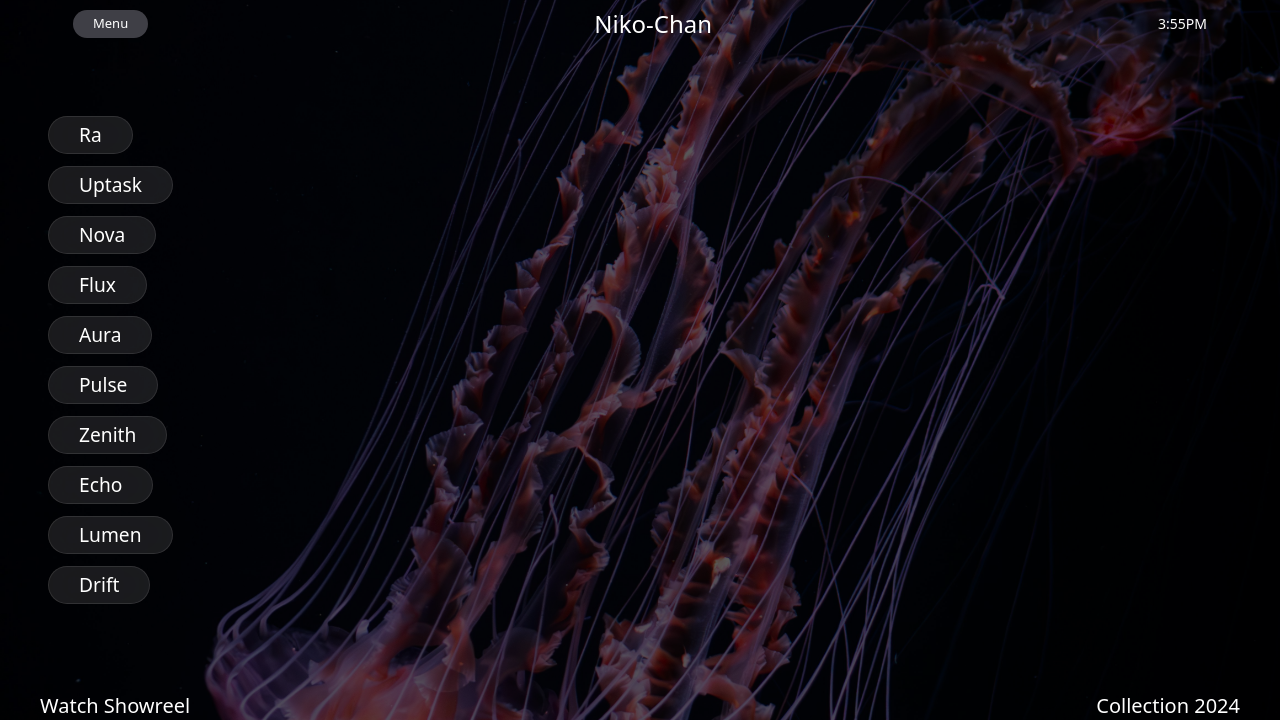
Repository: nikhilsinghrathore1/Niks_indian_local
Page: /
An editor plug-in stored every save of this project. The page is shown before and after the next save, followed by the edit.
The browser window is 1280 px wide. The pictures show the whole page.
The project was rebuilt for these pictures with package versions that can differ from the ones it lists, and the page was loaded fresh each time. Also part of the build but not shown: vite.config.ts.

Above is the page before, as saved 2024-08-27 11:28:24.

### src/App.tsx
import { useState } from 'react'
import reactLogo from './assets/react.svg'
import viteLogo from '/vite.svg'
import './App.css'
import Landing from './Components/Landing'

function App() {
  const [count, setCount] = useState(0)

  return (
    <>

      <Landing/>
    </>
  )
}

export default App

### src/Components/Landing.tsx
// Landing.tsx
import { useEffect, useRef } from 'react';
import gsap from 'gsap';
import img1 from '../assets/img1.jpg';
import img2 from '../assets/img2.jpg';
import img3 from '../assets/img3.jpg';
import img4 from '../assets/img4.jpg';
import img5 from '../assets/img5.jpg';
import img6 from '../assets/img6.jpg';
import img7 from '../assets/img7.jpg';
import img8 from '../assets/img8.jpg';
import img9 from '../assets/img9.jpg';
import img10 from '../assets/img10.jpg';
import defaultBg from '../assets/default-bg.jpg';

interface TransformProps {
  x?: number;
  y?: number;
  opacity?: number;
}

type VariantTransform = {
  [key: string]: {
    [elementClass: string]: TransformProps;
  };
};

const mapClasses = [
  'variant-1',
  'variant-2',
  'variant-3',
  'variant-1',
  'variant-2',
  'variant-3',
  'variant-1',
  'variant-2',
  'variant-3',
  'variant-1',
];

const previews = [
  {
    img: img1,
    title: 'Ra',
    tags: 'Futuristic Fashion, Minimal Design',
    description:
      'Exploring the intersection of minimalism and future fashion trends in web design.',
    bg: img1,
  },
  {
    img: img2,
    title: 'Uptask',
    tags: 'Fashion Innovation, Graphic Simplicity',
    description:
      'Innovative fashion web design with a core focus on simplicity and elegance.',
    bg: img2,
  },
  {
    img: img3,
    title: 'Nova',
    tags: 'Space Inspired, Modern Aesthetics',
    description:
      'A modern take on space-inspired designs blending technology and art.',
    bg: img3,
  },
  {
    img: img4,
    title: 'Flux',
    tags: 'Dynamic Layouts, Vibrant Colors',
    description:
      'Dynamic and colorful layouts that capture attention and engage users.',
    bg: img4,
  },
  {
    img: img5,
    title: 'Aura',
    tags: 'Serene Designs, Pastel Themes',
    description:
      'Creating calm and soothing user experiences through pastel-themed designs.',
    bg: img5,
  },
  {
    img: img6,
    title: 'Pulse',
    tags: 'Energetic Vibes, Bold Typography',
    description:
      'Harnessing energy and movement with bold typography and striking visuals.',
    bg: img6,
  },
  {
    img: img7,
    title: 'Zenith',
    tags: 'Peak Performance, Sleek Interfaces',
    description:
      'Designs focused on peak performance and sleek, intuitive interfaces.',
    bg: img7,
  },
  {
    img: img8,
    title: 'Echo',
    tags: 'Repetitive Patterns, Minimalist Touch',
    description:
      'Utilizing repetitive patterns to create harmony and balance in design.',
    bg: img8,
  },
  {
    img: img9,
    title: 'Lumen',
    tags: 'Light Themes, Clarity Focused',
    description:
      'Emphasizing clarity and readability through light-themed designs.',
    bg: img9,
  },
  {
    img: img10,
    title: 'Drift',
    tags: 'Fluid Movements, Abstract Forms',
    description:
      'Incorporating fluid movements and abstract forms for a unique user experience.',
    bg: img10,
  },
];

const Landing: React.FC = () => {
  const containerRef = useRef<HTMLDivElement>(null);
  const previewBgRef = useRef<HTMLDivElement>(null);
  const itemsRef = useRef<Array<HTMLDivElement | null>>([]);

  useEffect(() => {
    const defaultClipPath: { [key: string]: string } = {
      'variant-1': 'polygon(0% 100%, 100% 100%, 100% 100%, 0% 100%)',
      'variant-2': 'polygon(100% 0%, 100% 0%, 100% 100%, 100% 100%)',
      'variant-3': 'polygon(0% 0%, 0% 0%, 0% 100%, 0% 100%)',
    };

    const variantTransform: VariantTransform = {
      'variant-1': {
        title: { x: 75, opacity: 0 },
        tags: { y: -75, opacity: 0 },
        description: { x: -75, opacity: 0 },
      },
      'variant-2': {
        title: { x: -75, opacity: 0 },
        tags: { y: -75, opacity: 0 },
        description: { y: 75, opacity: 0 },
      },
      'variant-3': {
        title: { x: 75, opacity: 0 },
        tags: { y: 75, opacity: 0 },
        description: { x: 75, opacity: 0 },
      },
    };

    const getDefaultClipPath = (previewElement: HTMLDivElement): string => {
      for (const variant in defaultClipPath) {
        if (previewElement.classList.contains(variant)) {
          return defaultClipPath[variant];
        }
      }
      return 'polygon(100% 0%, 0% 0%, 0% 100%, 100% 100%)';
    };

    const applyVariantStyle = (
      previewElement: HTMLDivElement,
      reset: boolean = false
    ) => {
      const variant = mapClasses[Array.from(previewElement.classList).findIndex(cls => cls.startsWith('variant-'))];
      if (variant && variantTransform[variant]) {
        Object.entries(variantTransform[variant]).forEach(
          ([elementClass, transform]) => {
            const element = previewElement.querySelector(
              `.preview-${elementClass}`
            ) as HTMLElement;
            if (element) {
              gsap.set(element, reset ? transform : { x: 0, y: 0, opacity: 1 });
            }
          }
        );
      }
    };

    const changeBg = (newImgSrc: string) => {
      if (previewBgRef.current) {
        gsap.to(previewBgRef.current, {
          backgroundImage: `url(${newImgSrc})`,
          duration: 0.5,
          ease: 'power3.out',
        });
      }
    };

    // Create preview elements
    previews.forEach((preview, index) => {
      const previewElement = document.createElement('div');
      previewElement.className = `preview ${mapClasses[index]} preview-${index + 1}`;
      previewElement.style.opacity = '0';
      previewElement.style.position = 'absolute';
      previewElement.style.top = '50%';
      previewElement.style.left = '50%';
      previewElement.style.transform = 'translate(-50%, -50%)';
      previewElement.style.pointerEvents = 'none';
      previewElement.innerHTML = `
        <div class="preview-img">
          <img src="${preview.img}" alt="${preview.title}" />
        </div>
        <div class="preview-title">
          <h1>${preview.title}</h1>
        </div>
        <div class="preview-tags">
          <p>${preview.tags}</p>
        </div>
        <div class="preview-description">
          <p>${preview.description}</p>
        </div>
      `;
      if (containerRef.current) {
        containerRef.current.appendChild(previewElement);
        applyVariantStyle(previewElement, true);
      }
    });

    let activePreview: HTMLDivElement | null = null;

    itemsRef.current.forEach((item, index) => {
      if (item) {
        item.addEventListener('mouseenter', () => {
          const newBg = previews[index].bg;
          changeBg(newBg);

          const newActivePreview = containerRef.current?.querySelector(
            `.preview-${index + 1}`
          ) as HTMLDivElement;

          if (activePreview && activePreview !== newActivePreview) {
            gsap.to(activePreview, {
              opacity: 0,
              duration: 0.5,
              ease: 'power3.out',
              onComplete: () => applyVariantStyle(activePreview!, true),
            });
          }

          gsap.to(newActivePreview, {
            opacity: 1,
            duration: 0.5,
            ease: 'power3.out',
            onStart: () => applyVariantStyle(newActivePreview, false),
          });

          activePreview = newActivePreview;
        });

        item.addEventListener('mouseleave', () => {
          if (activePreview) {
            gsap.to(activePreview, {
              opacity: 0,
              duration: 0.5,
              ease: 'power3.out',
              onComplete: () => applyVariantStyle(activePreview!, true),
            });
            activePreview = null;
            changeBg(defaultBg);
          }
        });
      }
    });

    // Set initial background
    changeBg(defaultBg);
  }, []);

  return (
    <div className='w-full h-screen overflow-hidden fixed text-white bg-black'>
      {/* Nav Bar */}
      <nav className='w-full fixed flex pt-2 items-center justify-around gap-[300px]  z-50'>
        <div className='menu-btn w-fit bg-zinc-700 rounded-full backdrop-blur-md px-5 py-1 cursor-pointer'>
          <h1 className='text-[13px]'>Menu</h1>
        </div>
        <div className='logo  text-2xl'>
          <h1>Niko-Chan</h1>
        </div>
        <div className='local-time text-sm'>
          <h1>3:55PM</h1>
        </div>
      </nav>

      {/* Footer */}
      <div className='footer fixed px-10 bottom-0 text-xl flex items-center justify-between w-full z-50'>
        <p>Watch Showreel</p>
        <p>Collection 2024</p>
      </div>

      {/* Items List */}
      <div
        className='items fixed w-1/3 h-full flex flex-col px-12 text-2xl leading-tight gap-1 capitalize justify-center z-30'
        >
        {previews.map((preview, index) => (
          <div
            key={index}
            className='item w-fit py-1  text-[0.8em] cursor-pointer'
            ref={(el) => (itemsRef.current[index] = el)}
          >
            <p >{preview.title}</p>
          </div>
        ))}
      </div>

      {/* Preview Background */}
      <div
        className='preview-bg fixed top-0 left-0 w-full h-full bg-cover bg-center z-10 transition-all duration-500 ease-out'
        ref={previewBgRef}
      ></div>

      {/* Preview Container */}
      <div
        className='preview-container fixed top-0 left-0 w-full h-full pointer-events-none z-20'
        ref={containerRef}
      ></div>
    </div>
  );
};

export default Landing;

Loaded but not shown: index.html (common file); src/main.tsx (common file); src/index.css (common file); tailwind.config.js (common file); src/App.css (135 lines, source omitted)

After the next save:
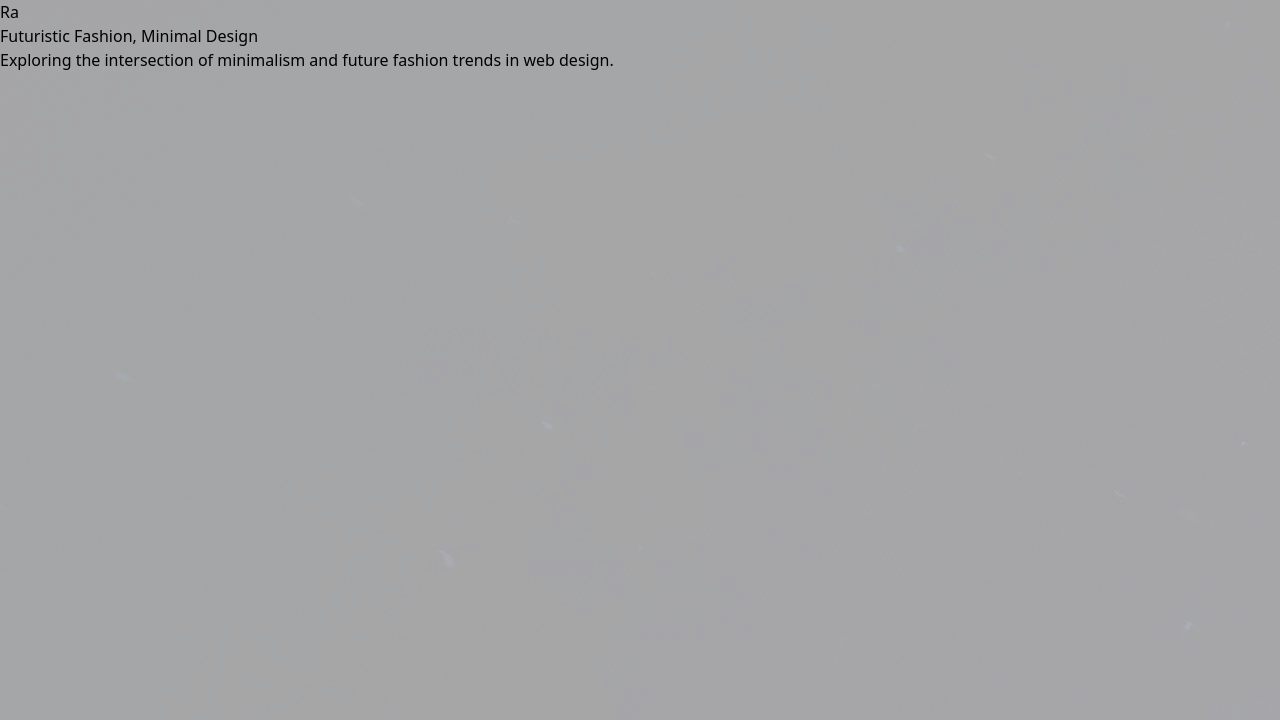
Saved 84 s later.
--- a/src/Components/Landing.tsx
+++ b/src/Components/Landing.tsx
@@ -1,4 +1,3 @@
-// Landing.tsx
 import { useEffect, useRef } from 'react';
 import gsap from 'gsap';
 import img1 from '../assets/img1.jpg';
@@ -125,6 +124,9 @@
   const containerRef = useRef<HTMLDivElement>(null);
   const previewBgRef = useRef<HTMLDivElement>(null);
   const itemsRef = useRef<Array<HTMLDivElement | null>>([]);
+  const titleRef = useRef<HTMLDivElement>(null);
+  const tagsRef = useRef<HTMLDivElement>(null);
+  const descriptionRef = useRef<HTMLDivElement>(null);
 
   useEffect(() => {
     const defaultClipPath: { [key: string]: string } = {
@@ -189,35 +191,22 @@
       }
     };
 
-    // Create preview elements
-    previews.forEach((preview, index) => {
-      const previewElement = document.createElement('div');
-      previewElement.className = `preview ${mapClasses[index]} preview-${index + 1}`;
-      previewElement.style.opacity = '0';
-      previewElement.style.position = 'absolute';
-      previewElement.style.top = '50%';
-      previewElement.style.left = '50%';
-      previewElement.style.transform = 'translate(-50%, -50%)';
-      previewElement.style.pointerEvents = 'none';
-      previewElement.innerHTML = `
-        <div class="preview-img">
-          <img src="${preview.img}" alt="${preview.title}" />
-        </div>
-        <div class="preview-title">
-          <h1>${preview.title}</h1>
-        </div>
-        <div class="preview-tags">
-          <p>${preview.tags}</p>
-        </div>
-        <div class="preview-description">
-          <p>${preview.description}</p>
-        </div>
-      `;
-      if (containerRef.current) {
-        containerRef.current.appendChild(previewElement);
-        applyVariantStyle(previewElement, true);
-      }
-    });
+    const changeTextContent = (title: string, tags: string, description: string) => {
+      if (titleRef.current && tagsRef.current && descriptionRef.current) {
+        gsap.to(titleRef.current, { opacity: 0, y: -20, duration: 0.2, onComplete: () => {
+          titleRef.current!.textContent = title;
+          gsap.to(titleRef.current!, { opacity: 1, y: 0, duration: 0.5 });
+        }});
+        gsap.to(tagsRef.current, { opacity: 0, y: -20, duration: 0.2, onComplete: () => {
+          tagsRef.current!.textContent = tags;
+          gsap.to(tagsRef.current!, { opacity: 1, y: 0, duration: 0.5 });
+        }});
+        gsap.to(descriptionRef.current, { opacity: 0, y: -20, duration: 0.2, onComplete: () => {
+          descriptionRef.current!.textContent = description;
+          gsap.to(descriptionRef.current!, { opacity: 1, y: 0, duration: 0.5 });
+        }});
+      }
+    };
 
     let activePreview: HTMLDivElement | null = null;
 
@@ -248,6 +237,9 @@
           });
 
           activePreview = newActivePreview;
+
+          // Change text content
+          changeTextContent(previews[index].title, previews[index].tags, previews[index].description);
         });
 
         item.addEventListener('mouseleave', () => {
@@ -258,64 +250,43 @@
               ease: 'power3.out',
               onComplete: () => applyVariantStyle(activePreview!, true),
             });
-            activePreview = null;
-            changeBg(defaultBg);
           }
+          activePreview = null;
+          changeBg(defaultBg);
         });
       }
     });
 
-    // Set initial background
+    // Set default image and content
     changeBg(defaultBg);
+    if (titleRef.current && tagsRef.current && descriptionRef.current) {
+      titleRef.current.textContent = 'Ra';
+      tagsRef.current.textContent = 'Futuristic Fashion, Minimal Design';
+      descriptionRef.current.textContent = 'Exploring the intersection of minimalism and future fashion trends in web design.';
+    }
   }, []);
 
   return (
-    <div className='w-full h-screen overflow-hidden fixed text-white bg-black'>
-      {/* Nav Bar */}
-      <nav className='w-full fixed flex pt-2 items-center justify-around gap-[300px]  z-50'>
-        <div className='menu-btn w-fit bg-zinc-700 rounded-full backdrop-blur-md px-5 py-1 cursor-pointer'>
-          <h1 className='text-[13px]'>Menu</h1>
+    <div className="container" ref={containerRef}>
+      <div className="preview-bg" ref={previewBgRef}></div>
+      <div className="preview-content">
+        <div className="preview-title" ref={titleRef}></div>
+        <div className="preview-tags" ref={tagsRef}></div>
+        <div className="preview-description" ref={descriptionRef}></div>
+      </div>
+      {mapClasses.map((mapClass, index) => (
+        <div
+          key={index}
+          className={`item ${mapClass}`}
+          ref={(el) => (itemsRef.current[index] = el)}
+        >
+          {/* Your item content here */}
         </div>
-        <div className='logo  text-2xl'>
-          <h1>Niko-Chan</h1>
-        </div>
-        <div className='local-time text-sm'>
-          <h1>3:55PM</h1>
-        </div>
-      </nav>
-
-      {/* Footer */}
-      <div className='footer fixed px-10 bottom-0 text-xl flex items-center justify-between w-full z-50'>
-        <p>Watch Showreel</p>
-        <p>Collection 2024</p>
-      </div>
-
-      {/* Items List */}
-      <div
-        className='items fixed w-1/3 h-full flex flex-col px-12 text-2xl leading-tight gap-1 capitalize justify-center z-30'
-        >
-        {previews.map((preview, index) => (
-          <div
-            key={index}
-            className='item w-fit py-1  text-[0.8em] cursor-pointer'
-            ref={(el) => (itemsRef.current[index] = el)}
-          >
-            <p >{preview.title}</p>
-          </div>
-        ))}
-      </div>
-
-      {/* Preview Background */}
-      <div
-        className='preview-bg fixed top-0 left-0 w-full h-full bg-cover bg-center z-10 transition-all duration-500 ease-out'
-        ref={previewBgRef}
-      ></div>
-
-      {/* Preview Container */}
-      <div
-        className='preview-container fixed top-0 left-0 w-full h-full pointer-events-none z-20'
-        ref={containerRef}
-      ></div>
+      ))}
+      {/* Previews to apply animation */}
+      {mapClasses.map((_, index) => (
+        <div key={index} className={`preview-${index + 1} preview`} />
+      ))}
     </div>
   );
 };

After the save that followed:
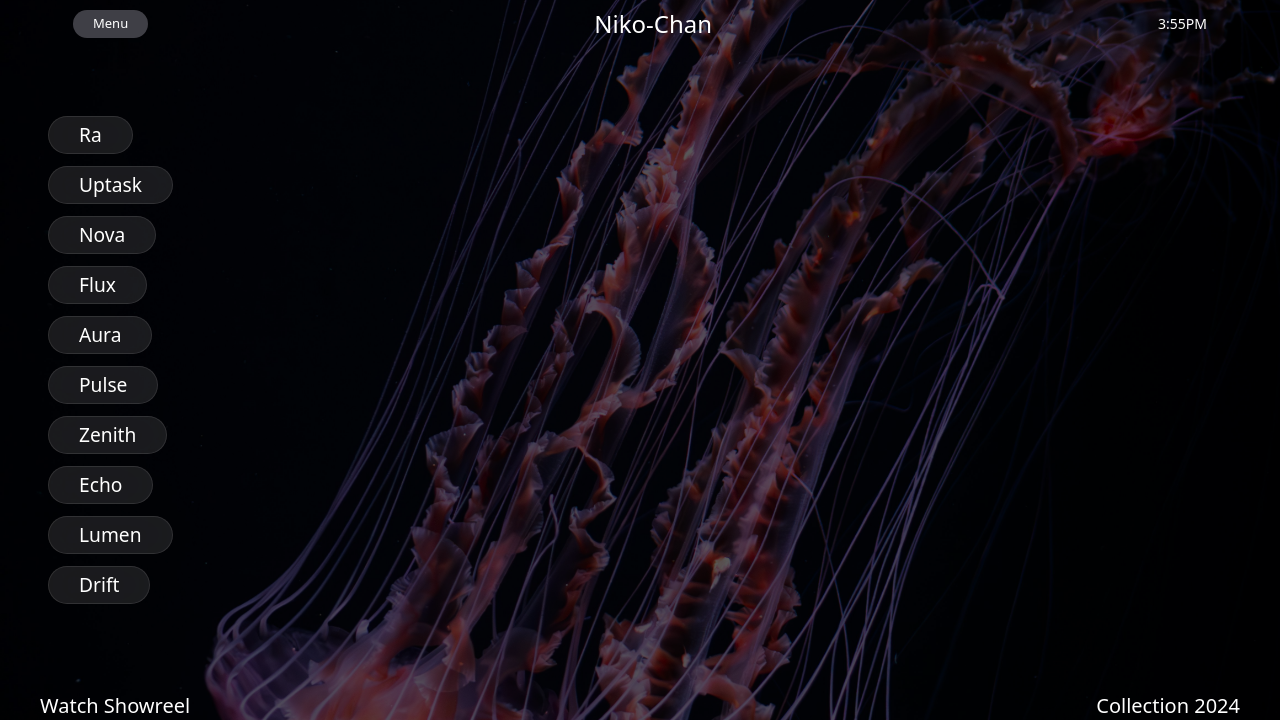
Saved 6 s later.
--- a/src/Components/Landing.tsx
+++ b/src/Components/Landing.tsx
@@ -1,3 +1,4 @@
+// Landing.tsx
 import { useEffect, useRef } from 'react';
 import gsap from 'gsap';
 import img1 from '../assets/img1.jpg';
@@ -124,9 +125,6 @@
   const containerRef = useRef<HTMLDivElement>(null);
   const previewBgRef = useRef<HTMLDivElement>(null);
   const itemsRef = useRef<Array<HTMLDivElement | null>>([]);
-  const titleRef = useRef<HTMLDivElement>(null);
-  const tagsRef = useRef<HTMLDivElement>(null);
-  const descriptionRef = useRef<HTMLDivElement>(null);
 
   useEffect(() => {
     const defaultClipPath: { [key: string]: string } = {
@@ -191,22 +189,35 @@
       }
     };
 
-    const changeTextContent = (title: string, tags: string, description: string) => {
-      if (titleRef.current && tagsRef.current && descriptionRef.current) {
-        gsap.to(titleRef.current, { opacity: 0, y: -20, duration: 0.2, onComplete: () => {
-          titleRef.current!.textContent = title;
-          gsap.to(titleRef.current!, { opacity: 1, y: 0, duration: 0.5 });
-        }});
-        gsap.to(tagsRef.current, { opacity: 0, y: -20, duration: 0.2, onComplete: () => {
-          tagsRef.current!.textContent = tags;
-          gsap.to(tagsRef.current!, { opacity: 1, y: 0, duration: 0.5 });
-        }});
-        gsap.to(descriptionRef.current, { opacity: 0, y: -20, duration: 0.2, onComplete: () => {
-          descriptionRef.current!.textContent = description;
-          gsap.to(descriptionRef.current!, { opacity: 1, y: 0, duration: 0.5 });
-        }});
-      }
-    };
+    // Create preview elements
+    previews.forEach((preview, index) => {
+      const previewElement = document.createElement('div');
+      previewElement.className = `preview ${mapClasses[index]} preview-${index + 1}`;
+      previewElement.style.opacity = '0';
+      previewElement.style.position = 'absolute';
+      previewElement.style.top = '50%';
+      previewElement.style.left = '50%';
+      previewElement.style.transform = 'translate(-50%, -50%)';
+      previewElement.style.pointerEvents = 'none';
+      previewElement.innerHTML = `
+        <div class="preview-img">
+          <img src="${preview.img}" alt="${preview.title}" />
+        </div>
+        <div class="preview-title">
+          <h1>${preview.title}</h1>
+        </div>
+        <div class="preview-tags">
+          <p>${preview.tags}</p>
+        </div>
+        <div class="preview-description">
+          <p>${preview.description}</p>
+        </div>
+      `;
+      if (containerRef.current) {
+        containerRef.current.appendChild(previewElement);
+        applyVariantStyle(previewElement, true);
+      }
+    });
 
     let activePreview: HTMLDivElement | null = null;
 
@@ -237,9 +248,6 @@
           });
 
           activePreview = newActivePreview;
-
-          // Change text content
-          changeTextContent(previews[index].title, previews[index].tags, previews[index].description);
         });
 
         item.addEventListener('mouseleave', () => {
@@ -250,43 +258,64 @@
               ease: 'power3.out',
               onComplete: () => applyVariantStyle(activePreview!, true),
             });
+            activePreview = null;
+            changeBg(defaultBg);
           }
-          activePreview = null;
-          changeBg(defaultBg);
         });
       }
     });
 
-    // Set default image and content
+    // Set initial background
     changeBg(defaultBg);
-    if (titleRef.current && tagsRef.current && descriptionRef.current) {
-      titleRef.current.textContent = 'Ra';
-      tagsRef.current.textContent = 'Futuristic Fashion, Minimal Design';
-      descriptionRef.current.textContent = 'Exploring the intersection of minimalism and future fashion trends in web design.';
-    }
   }, []);
 
   return (
-    <div className="container" ref={containerRef}>
-      <div className="preview-bg" ref={previewBgRef}></div>
-      <div className="preview-content">
-        <div className="preview-title" ref={titleRef}></div>
-        <div className="preview-tags" ref={tagsRef}></div>
-        <div className="preview-description" ref={descriptionRef}></div>
+    <div className='w-full h-screen overflow-hidden fixed text-white bg-black'>
+      {/* Nav Bar */}
+      <nav className='w-full fixed flex pt-2 items-center justify-around gap-[300px]  z-50'>
+        <div className='menu-btn w-fit bg-zinc-700 rounded-full backdrop-blur-md px-5 py-1 cursor-pointer'>
+          <h1 className='text-[13px]'>Menu</h1>
+        </div>
+        <div className='logo  text-2xl'>
+          <h1>Niko-Chan</h1>
+        </div>
+        <div className='local-time text-sm'>
+          <h1>3:55PM</h1>
+        </div>
+      </nav>
+
+      {/* Footer */}
+      <div className='footer fixed px-10 bottom-0 text-xl flex items-center justify-between w-full z-50'>
+        <p>Watch Showreel</p>
+        <p>Collection 2024</p>
       </div>
-      {mapClasses.map((mapClass, index) => (
-        <div
-          key={index}
-          className={`item ${mapClass}`}
-          ref={(el) => (itemsRef.current[index] = el)}
+
+      {/* Items List */}
+      <div
+        className='items fixed w-1/3 h-full flex flex-col px-12 text-2xl leading-tight gap-1 capitalize justify-center z-30'
         >
-          {/* Your item content here */}
-        </div>
-      ))}
-      {/* Previews to apply animation */}
-      {mapClasses.map((_, index) => (
-        <div key={index} className={`preview-${index + 1} preview`} />
-      ))}
+        {previews.map((preview, index) => (
+          <div
+            key={index}
+            className='item w-fit py-1  text-[0.8em] cursor-pointer'
+            ref={(el) => (itemsRef.current[index] = el)}
+          >
+            <p >{preview.title}</p>
+          </div>
+        ))}
+      </div>
+
+      {/* Preview Background */}
+      <div
+        className='preview-bg fixed top-0 left-0 w-full h-full bg-cover bg-center z-10 transition-all duration-500 ease-out'
+        ref={previewBgRef}
+      ></div>
+
+      {/* Preview Container */}
+      <div
+        className='preview-container fixed top-0 left-0 w-full h-full pointer-events-none z-20'
+        ref={containerRef}
+      ></div>
     </div>
   );
 };
